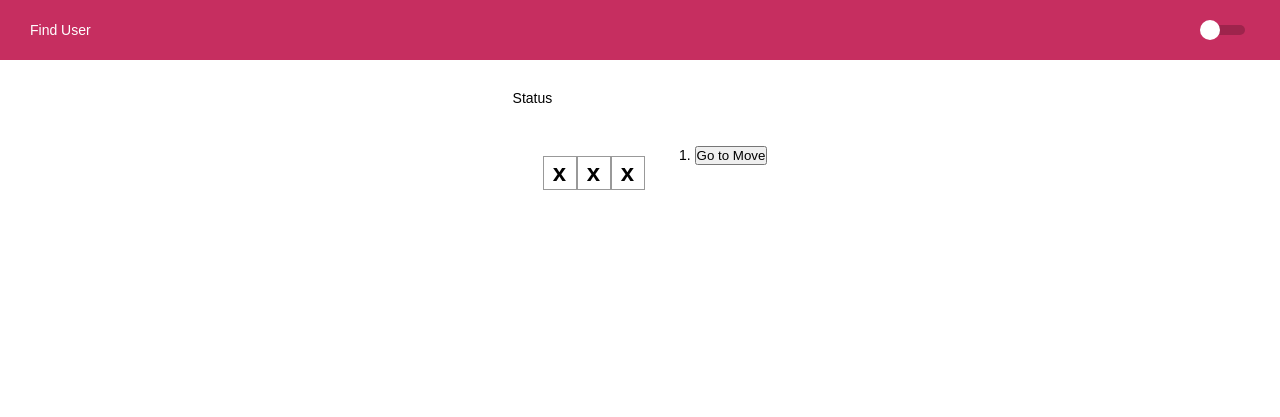
Repository: OmniaRafat232111121/Tic-Tac-Toe
Page: /
An editor plug-in stored every save of this project. The page is shown before and after a run of saves, followed by the edit.
The browser window is 1280 px wide. The pictures show the whole page.
The project was rebuilt for these pictures with package versions that can differ from the ones it lists, and the page was loaded fresh each time.

Above is the page before, as saved 2022-09-20 18:29:40.

### src/index.tsx
import React from 'react';
import ReactDOM from 'react-dom/client';
import './index.css';
import App from './App';
const root = ReactDOM.createRoot(
  document.getElementById('root') as HTMLElement
);
root.render(
  <React.StrictMode>
    <App />
  </React.StrictMode>
);

### src/App.tsx
import React from 'react';
import { ThemeProvider, DefaultTheme } from 'styled-components';
import usePeristedState from './utils/usePersistedState'

import light from './styles/themes/light';
import dark from './styles/themes/dark';

import GlobalStyle from './styles/global';
import Header from './components/Header';
import Game from './components/Game';
const App = () => {
  const [theme, setTheme] = usePeristedState<DefaultTheme>('theme', light);

  const toggleTheme = () => {
    setTheme(theme.title === 'light' ? dark : light);
  };

  return (
    <ThemeProvider theme={theme}>
      <div className="App">
        <GlobalStyle />
        <Header toggleTheme={toggleTheme} />
        <Game/>
      </div>
    </ThemeProvider>
  );
}

export default App;

### src/utils/usePersistedState.ts
import { useState, useEffect, Dispatch, SetStateAction } from 'react';

type Response<T> = [
  T,
  Dispatch<SetStateAction<T>>,
];

function usePersistedState<T>(key: string, initialState: T): Response<T> {
  const [state, setState] = useState(() => {
    const storageValue = localStorage.getItem(key);

    if (storageValue) {
      return JSON.parse(storageValue);
    } else {
      return initialState;
    }
  });

  useEffect(() => {
    localStorage.setItem(key, JSON.stringify(state));
  }, [key, state]);

  return [state, setState];
}

export default usePersistedState;

### src/styles/themes/light.ts
export default{
    title:'light',
    colors:{
        primary: '#C62E60',
        secundary: '#D63AF9',

        background: '#fff',
        text: '#000'
    },
}

### src/styles/themes/dark.ts
export default {
    title: 'dark',

    colors: {
      primary: '#C62E65',
      secundary: '#C62E65',
      background: '#000',
      text: '#fff'
    },
  };

### src/styles/global.ts
import { createGlobalStyle } from 'styled-components';
export default createGlobalStyle`
  * {
    margin: 0;
    padding: 0;
    box-sizing: border-box;
  }
  body {
    background: ${(props) => props.theme.colors.background};
    font-size: 14px;
    color: ${(props) => props.theme.colors.text};
    font-family: sans-serif;
  }
`;

### src/components/Header/index.tsx
import React,{useContext} from 'react'
import  {Container}  from './styles';
import Switch from 'react-switch'
import { ThemeContext } from 'styled-components';
import {shade} from 'polished'
interface toggleTheme{
toggleTheme():void
}
const Header:React.FC<toggleTheme>=({toggleTheme})=>{
    const {colors,title}=useContext(ThemeContext)
    return(
       <Container>
          Find User
        <Switch
        onChange={toggleTheme}
        checked={title==='dark'}
        checkedIcon={true}
        uncheckedIcon={false}
        height={10}
        width={40}
        handleDiameter={20}
        offColor={shade(0.20,colors.primary)}
        onColor={colors.secundary}
        />
       </Container>
    );
}
export default Header;

### src/components/Game.tsx
import *  as React from 'react'
import styled from 'styled-components'
type LayoutProps={
   gap:number,
}
const Row=styled.div<LayoutProps>`
    display:flex;
    align-items:center;
    justify-content:center;
    padding:30px;
    flex-direction:row;
    gap:${(props)=>props.gap}px;
`;
const Column=styled.div<LayoutProps>`

    display:flex;
    flex-direction:column;
    gap:${(props)=>props.gap}px;

`
function Game(){
return(

<Row gap={20}>
<Column gap={20}>
    <div>Status</div>
    <Board/>
</Column>
<Log/>
</Row>
);
}
function Board(){
    return(
        <Column gap={0}>
        <Row gap={0}>
            <Square/>
            <Square/>
            <Square/>
        </Row>
        </Column>

    )
}
const StyledSquare=styled.button`
width:34px;
height:34px;
background:#fff;
border:1px solid #999;
padding:0;
font-size:24px;
font-weight:bold;
`;
function Square(){
    return(
        <StyledSquare>
            x
        </StyledSquare>

    );

}
function Log(){
    return(
        <ol>
            <li><button> Go to Move</button></li>
        </ol>
    )
}
export default Game;

### src/components/Header/styles.ts
import styled from "styled-components";
export const Container =styled.div`
height:60px;
background: ${props => props.theme.colors.primary};
color: #FFF;
display:flex;
align-items:center;
justify-content:space-between;
padding:0 30px;
`;

Loaded but not shown: public/index.html (common file); src/index.css (common file)

After the next 3 saves:
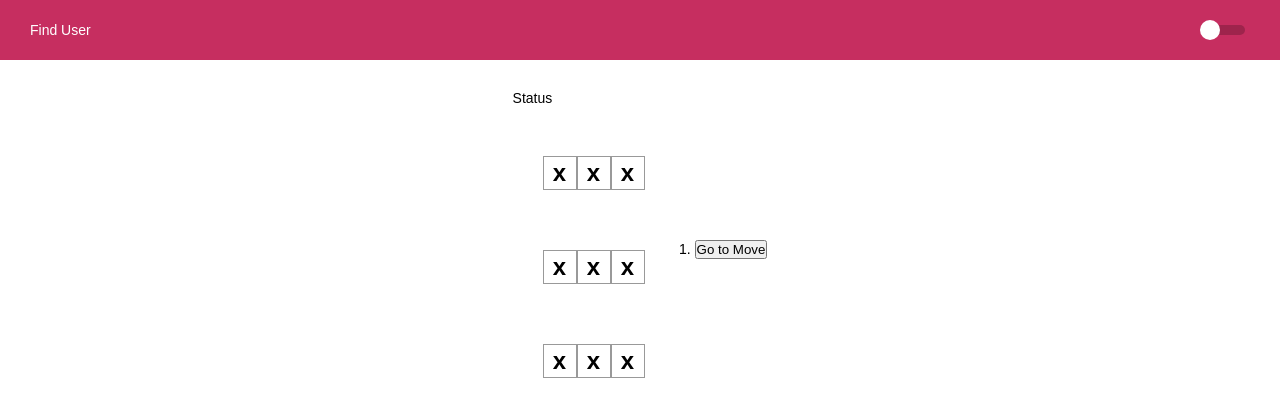
The 3 saves are shown as one change because they came seconds apart.
The last was saved 9 s later.
--- a/src/components/Game.tsx
+++ b/src/components/Game.tsx
@@ -38,6 +38,16 @@ function Board(){
             <Square/>
             <Square/>
         </Row>
+        <Row gap={0}>
+            <Square/>
+            <Square/>
+            <Square/>
+        </Row>
+        <Row gap={0}>
+            <Square/>
+            <Square/>
+            <Square/>
+        </Row>
         </Column>
 
     )
